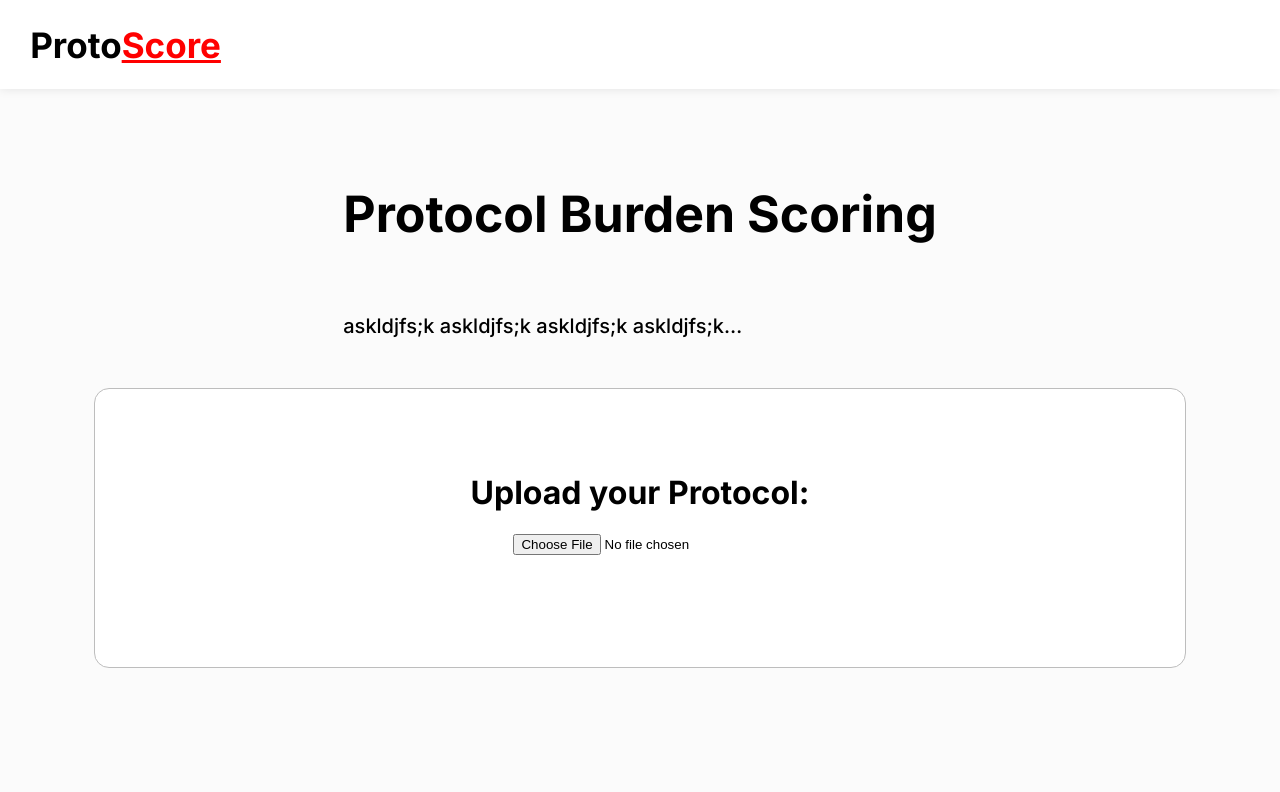
Repository: evanc108/Regeneron2024
Page: / (app in regeneron/)
These files come from the project's save history. The page is drawn as it stood at one moment and after the next save; the edit follows.
The browser window is 1280 px wide. The pictures show the whole page.
The project was rebuilt for these pictures with package versions that can differ from the ones it lists, and the page was loaded fresh each time.

Above is the page before, as saved 2024-05-14 02:25:12.

After the next save:
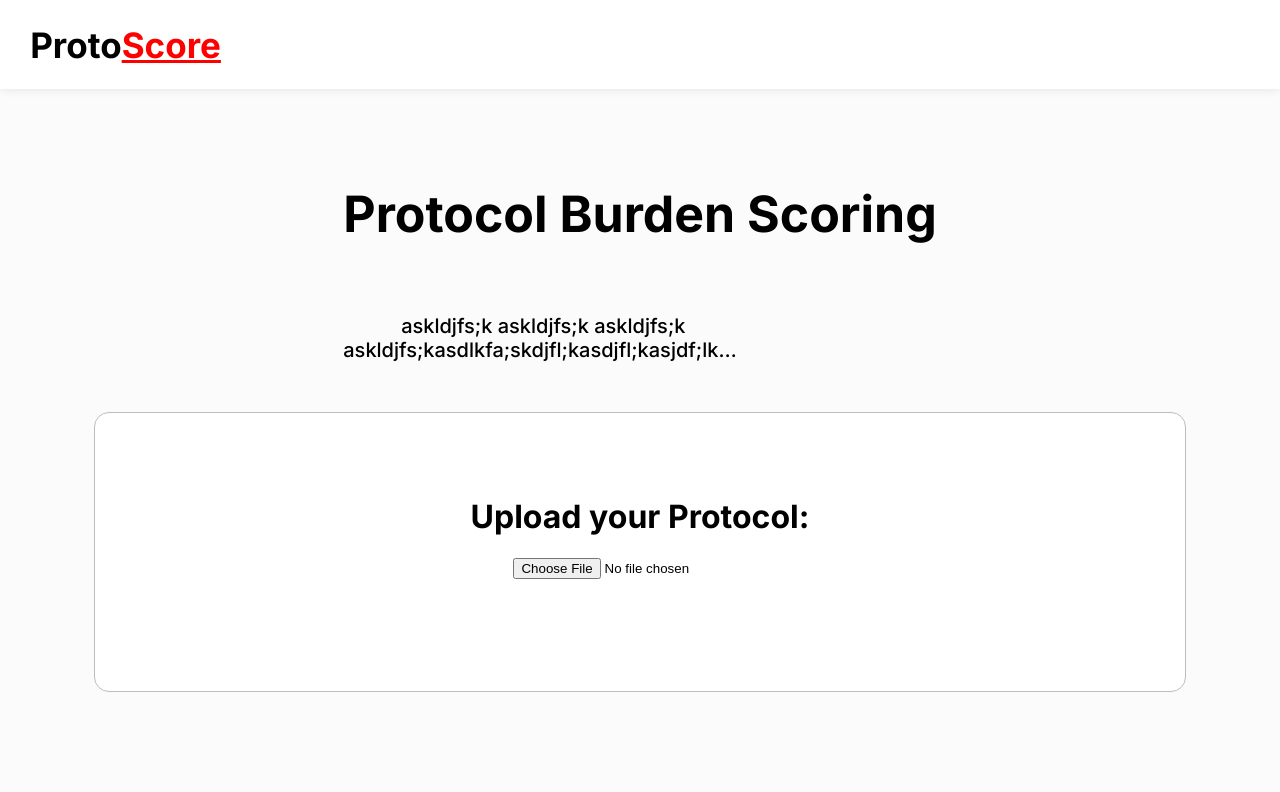
Saved 28 s later.
--- a/regeneron/src/pages/Feedback.js
+++ b/regeneron/src/pages/Feedback.js
@@ -41,7 +41,7 @@ function Feedback() {
                 <div style={{display:"flex", flexDirection:"column", justifyContent:"center", alignItems:"center", marginTop:"5%"}}>
                     <div className="onboarding">
                         <h1 style={{fontSize:"50px", marginBottom:"70px"}}>Protocol Burden Scoring</h1>
-                        <p style={{overflow: "hidden", textOverflow: "ellipsis", whiteSpace: "nowrap", maxWidth: "400px"}}>
+                        <p style={{overflow: "hidden", textOverflow: "ellipsis", whiteSpace: "normal", maxWidth: "400px"}}>
                             askldjfs;k askldjfs;k askldjfs;k askldjfs;kasdlkfa;skdjfl;kasdjfl;kasjdf;lkasj</p>
                     </div>
                     <div className='upload-file'>
